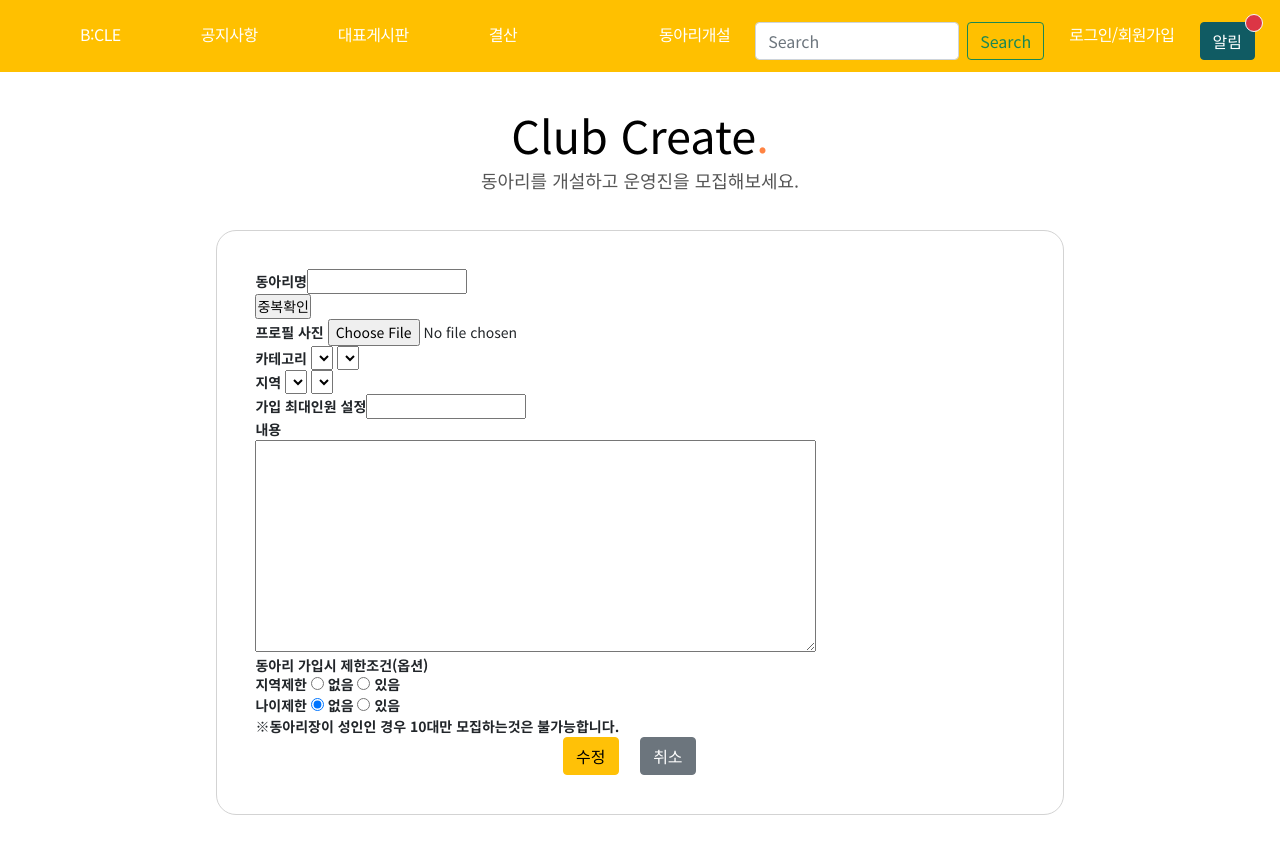
Repository: CHAEYUN7074/SpringProject
Page: http://localhost/viewpages/WEB-INF/view/PreClubUpdateForm.jsp
An editor plug-in stored every save of this project. The page is shown before and after the next save, followed by the edit.
The browser window is 1280 px wide. The pictures show the whole page.
Some web fonts or font styles are not loaded; a fallback is used. The page is served by Tomcat 9. Nobody is signed in. Other server files are loaded and not shown. The template is opened directly, without the code that normally fills it, so the values that code supplies are empty.

Above is the page before, as saved 2021-12-27 14:24:51.

### viewpages/WebContent/WEB-INF/view/PreClubUpdateForm.jsp
<%@ page contentType="text/html; charset=UTF-8"%>
<%@ taglib prefix="c" uri="http://java.sun.com/jsp/jstl/core"%>
<%
   request.setCharacterEncoding("UTF-8");
String cp = request.getContextPath();
%>
<!DOCTYPE html>
<html>
<head>
<meta charset="UTF-8">
<title>PreClubUpdateForm.jsp</title>
<link rel="stylesheet" href="css/mainpage.css">
<style type="text/css">
@import
   url('https://fonts.googleapis.com/css?family=Exo+2|Noto+Sans+KR&display=swap')
   ;

.list-title{margin-top : 5vh;}

#contents {
   margin : 5vh 30vh 5vh 30vh;
   padding : 3%;
   border : 1px solid lightgray;
   border-radius : 20px;
   font-family: 'Noto Sans KR', sans-serif;
   font-weight:bold;
}

.button_set {display : flex; margin-left : 40%;}
.button_set button {margin-right : 3vh;}



</style>


<script type="text/javascript" src="http://code.jquery.com/jquery.min.js"></script>
<script type="text/javascript" src="<%=cp%>/js/jquery-ui.js"></script>
<script type="text/javascript" src="<%=cp%>/js/ajax.js"></script>
<script type="text/javascript">

   $(document).ready(function()
   {
      //카테고리 대분류(category_L_Id)가 변경되었을 경우 수행해야 할 코드 처리
      $("#category_L_Id").change(function()
      {
         //lert($("#category_L_Id").val());

         // Ajax 요청 및 응답 처리
         $.ajax(
         {
            type : "POST"
            ,url : "ajaxcategory.action"
            ,data : {category_L_Id : $("#category_L_Id").val()}
            ,dataType : "json" //{key : vlaue}
            ,success : function(result)
            {
               $("#category_S_Id").children().remove();
               $("#category_S_Id").append("<option value=\"\">선택</option>");

               for(var i=0; i<result.length; i++)
               {
                  $("#category_S_Id").append("<option value=\""+result[i].category_s_id+"\">"+result[i].s_cat+"</option>");
               }
            }
            ,error : function(e)
            {
               alert(e.responseText);
            }
         });
      });

      $("#region_L_Id").change(function()
      {
         //alert('변경');
         //alert($("#region_L_Id").val());

         var category_s_id = '${preopen.category_s_id}';

         $.ajax(
         {
            type : "POST"
            ,url : "ajaxregion.action"
            ,data : {region_L_Id : $("#region_L_Id").val()}
            ,dataType : "json"
            ,success : function(result)
            {
               //alert(result);
               $("#region_S_Id").children().remove();
               $("#region_S_Id").append("<option value=\"\">선택</option>");

               for(var i=0; i<result.length; i++)
               {
                  $("#region_S_Id").append("<option value=\""+result[i].region_s_id+"\">"+result[i].local+"</option>");
               }
            }
            ,error : function(e)
            {
               alert(e.responseText);
            }

          });

      });

   });
      //동아리명 중복 검사

    $(document).ready(function()
   {

      $('.title').focusout(function()  //focusout
      {
         let userTitle = $('.title').val();

         $.ajax({
            url : "checktitle.action" // ①컨트롤러로~
            , type : "POST"
            , data : {userTitle : userTitle}
            , dataType : "json"
            , success : function(result) //Check title에서 여기로 왔다.
            {
               if(result.title == 0){
                  $("#checkTitle").html('이미 동일한 이름의 동아리가 존재합니다.');
                  $("#checkTitle").css('color', 'red');
                  $('#title').val(''); //중복된 내용삭제

               }
               else
               {

                  $("#checkTitle").html('사용할 수 있는 동아리 이름입니다.');
                  $("#checkTitle").css('color', 'green');
               }
            }
            , error : function(e)
            {
               alert(e.responseText); //에러사항 보여주기
            }
         })
      })
   });



 //각 상황별 alert 창 → required로 했는데 클리어하지가 않아서, 각 상황에 맞게 알림창을 띄우기로했다.
   $(document).ready(function()
   {
      $("#submitBtn").click(function()
      {
          if ($.trim($("#title").val()).length == 0)
         {
            alert("동아리명을 입력하세요.");
            $("#title").focus();
            return;
         }

         if ($("#category_L_Id").val() == "")
         {
            alert("카테고리를 선택해주세요");
            $("#category_L_Id").focus();
            return;
         }
         if ($("#category_S_Id").val()== "")
         {
            alert("카테고리를 선택해주세요");
            $("#category_S_Id").focus();
            return;
         }
         if ($("#region_L_Id").val()== "")
         {
            alert("지역을 선택해주세요");
            $("#region_L_Id").focus();
            return;
         }
         if ($("#region_S_ID").val()== "")
         {
            alert("지역을 선택해주세요");
            $("#region_S_ID").focus();
            return;
         }
         if ($("#max").val().length == 0)
         {
            alert("최대 인원을 입력하세요");
            $("#max").focus();
            return;
         }

          if ($("#content").val().length == 0) // 내용 입력하라는 에러 , div id가 content여서
          {
             alert("내용을 입력하세요");
             $("#content").focus();
             return;
          }

         $("#updateForm").submit();
      });
   });

</script>


</head>
<body>

   <div class="wrap">
      <!-- 네브 영역 -->
      <div>
         <c:import url="nav.jsp"></c:import>
      </div>
     <!--
     HttpSession session = request.getSession();
     session.setAttribute("id", id);
       -->
      <!-- 콘텐츠 영역 -->

         <section class="list-title">
         <div class="title">
            <h2>Club Create<span>.</span></h2>
            <p>동아리를 개설하고 운영진을 모집해보세요.</p>
         </div>
      </section>

      <div id="contents">
         <div>
            <form action="preclubupdate.action" method="post" id="updateForm" enctype="multipart/form-data">
               <div>
                  <input type="text" name="cid" value="${preopen.cid}" style="display: none;"> <!-- cid 안보이게 삽입 -->
                  <p>
                  동아리명<input type="text" name="title" id="title" class="title" maxlength='20'  value="${preopen.title }">
                  </p>
                  <input type="button" value="중복확인" id="check">
                  <span id="checkTitle" style="font-size: small;"></span><br>

                  프로필 사진
                  <input type="file" name="url" id="url" value="${preopen.url }">
                  <p>
                  <!--
                     동아리장<input type="text" name="nickname" id="nickname"
                        placeholder="로그인 상태인 사람 여기에 자동 닉네임 뿌려주기" disabled="disabled">
                     개설예정일<input
                        type="text" name="preopendate" id="preopendate"
                        placeholder="자동입력" disabled="disabled">
                         -->
                  </p>
                  <div>
                     카테고리
                     <select id="category_L_Id" name="category_L_Id">
                        <c:forEach var="category" items="${categoryLList }">
                            <option value="${category.category_l_id}"
                            ${preopen.category_l_id == category.category_l_id ? "selected=\"selected\"" : "" }
                             >${category.l_cat}</option>
                        </c:forEach>
                     </select>
                     <select id="category_S_Id" name="category_S_Id">
                        <option value="${preopen.category_s_id}" selected="selected">${preopen.s_cat}</option>
                     </select>
                  </div>


                  <div>

                     지역
                     <select id="region_L_Id" name="region_L_Id">
                        <c:forEach var="region" items="${regionLList }">
                            <option value="${region.region_l_id}"
                            ${preopen.region_l_id == region.region_l_id ? "selected=\"selected\"" : "" }
                             >${region.city}</option>
                        </c:forEach>
                     </select>
                     <select id="region_S_Id" name="region_S_Id">
                        <option value="${preopen.region_s_id}" selected="selected">${preopen.local}</option>
                     </select>
                  </div>

                  <p>
                     가입 최대인원 설정<input type="text" id="max" name="max"  value="${preopen.max}">
                  </p>
                  <div>
                     <p>내용</p>
                     <textarea rows="10" cols="70" id="content" name="content" maxlength='100'>${preopen.content}</textarea>
                  </div>
                  <div>
                     <%-- <c:import url="beePicCreated.jsp"></c:import> --%>
                  </div>

                  <div>
                     <h5>동아리 가입시 제한조건(옵션)</h5>

                     <div>
                        지역제한
                        <input type="radio" name="regionlimit" value="X" id="regionlimitX"
                        ${preopen.limit_id == 'X' ? "checked=\"checked\"" : "" }>
                        <label for="regionlimitX">없음</label>
                        <input type="radio" name="regionlimit" id="regionlimitO" value="O"
                        ${preopen.limit_id == 'O' ? "checked=\"checked\"" : "" } >
                        <label for="regionlimitO">있음</label>
                        <br>
                        나이제한
                        <input type="radio" name="agelimit" id="agelimitX" value="X" checked="checked">
                        <label for="agelimitX">없음</label>
                        <input type="radio" name="agelimit" id="agelimitO"  value="O">
                        <label for="agelimitO">있음</label>
                        <br>※동아리장이 성인인 경우 10대만 모집하는것은 불가능합니다.
                     </div>

                      <div class ="button_set">
                        <button type="button" class="btn btn-warning" id="submitBtn">수정</button>
                        <button type="button" class="btn btn-secondary"  id="cancleBtn" onclick="location.href='mainpage.action'">취소</button>
                     </div>

                  </div>

               </div>
            </form>
         </div>
      </div>

   </div>




</body>
<script type="text/javascript">


</script>
</html>

### viewpages/WebContent/WEB-INF/view/nav.jsp
<%@ page contentType="text/html; charset=UTF-8"%>
<%@ taglib prefix="c" uri="http://java.sun.com/jsp/jstl/core"%>
<%
   request.setCharacterEncoding("UTF-8");
String cp = request.getContextPath();
%>
<!DOCTYPE html>
<html lang="ko">
<head>
<meta charset="UTF-8">
<meta name="viewport" content="width=device-width, initial-scale=1">
<title>B:CLE</title>
<!-- <link rel="stylesheet" href="css/main.css"> -->
<link rel="stylesheet" href="css/font-awesome.min.css">
<link
   href="https://cdn.jsdelivr.net/npm/bootstrap@5.1.3/dist/css/bootstrap.min.css"
   rel="stylesheet"
   integrity="sha384-1BmE4kWBq78iYhFldvKuhfTAU6auU8tT94WrHftjDbrCEXSU1oBoqyl2QvZ6jIW3"
   crossorigin="anonymous">

<style>
@import
   url('https://fonts.googleapis.com/css?family=Exo+2|Noto+Sans+KR&display=swap')
   ;
/*reset*/
* {
   margin: 0;
   padding: 0;
}
body {
   margin: 0;
}
h1, h2, h3, h4, h5, h6, p, ul, ol, li, dl, dt, dd {
   margin: 0;
   padding: 0;
}
h1, h2, h3, h4, h5, h6 {
   font-weight: 700;
   font-size: inherit;
}
a {
   color: inherit;
   text-decoration: inherit;
}
img {
   vertical-align: middle;
}
a img {
   border: none;
}
li {
   list-style: none;
}
address, em, i, ul {
   font-style: normal;
}
.mo {
   display: none;
}
body {
   font-family: 'Noto Sans KR', sans-serif;
   font-size: 14px;
}
header {
   font-family: 'Noto Sans KR', sans-serif;
   letter-spacing: -0.5px;
   background: rgb(255, 192, 0);
   color: white;
   height: 10vh;
   width: 100%;
   position: relative;
   margin-top: -20px;
}
.mainHeader {
   width: 100%;
   margin-top: 20px;
   box-sizing: border-box;
   vertical-align: center;
}
.mainHeader .gnbMo {
   display: none;
}
.mainHeader .gnb {
   float: left;
   margin-left: 80px;
   margin-top: 3vh;
}
.mainHeader .gnb li {
   float: left;
   margin-right: 80px;
}
.mainHeader .gnb li a {
   display: block;
   width: 100%;
   text-align: center;
   color: #fff;
   font-size: 16px;
   text-decoration-line: none;
}
.mainHeader .gnb li a:hover, .mainHeader .gnb li a:focus {
   color: #ff8342;
}
.mainHeader .tnb {
   float: right;
   margin-top: 3vh;
}
.mainHeader .tnb li {
   float: left;
   margin-right: 25px;
}
.mainHeader .tnb li a {
   display: block;
   width: 100%;
   text-align: center;
   font-size: 16px;
   color: #fff;
   text-decoration-line: none;
}
.mainHeader .tnb li:nth-child(1) a i, .mainHeader .tnb li:nth-child(2) a i
   {
   font-size: 20px;
   margin-right: 8px;
}
.mainHeader .tnb li:last-child a {
   display: block;
   width: 105px;
   line-height: 2;
   border: 1px solid #fff;
   border-radius: 30px;
   margin-top: 35px;
}
.mainHeader .tnb li:last-child a i {
   margin-left: 5px;
}
.mainHeader .tnb li:last-child a:hover {
   background: #fff;
   color: #ff8342;
   transition: all 0.3s;
}
.btn-primary {
    color: #fff;
    background-color: #105b63;
    border-color: #105b63;
}


.box {
    width: 30px;
    height: 30px;
    border-radius: 70%;
    overflow: hidden;
}
.profile {
    width: 100%;
    height: 100%;
    object-fit: cover;
}

</style>


</head>
<body>

   <c:choose>
      <c:when test="${!empty id }">
         <header>
            <div class="mainHeader">
               <nav class="gnb">
                  <ul>
                     <li><a href="mainpage.action">B:CLE</a></li>
                     <li><a href="mainnoticelist.action">공지사항</a></li>
                     <li><a href="mainfreeboardlist.action">대표게시판</a></li>
                     <li><a href="mainaccount.action">결산</a></li>
                  </ul>
               </nav>
               <nav class="tnb">
                  <ul>

                     <li><a href="clubinsertform.action">동아리개설</a></li>

                     <li>
                        <form class="d-flex">
                           <input class="form-control me-2" type="search"
                              placeholder="Search" aria-label="Search">
                           <button class="btn btn-outline-success" type="submit">Search</button>
                        </form>
                     </li>



                     <!-- 값을 넘겨보려 시도했는데 실패...ㅠ 다시 해볼게요 - 현정 -->
                     <li><a href="#">마이페이지</a></li>
                     <li><a href="logout.action"></i>로그아웃</a></li>
                         <li><button type="button"
                              class="btn btn-primary position-relative">
                              알림 <span
                                 class="position-absolute top-0 start-100 translate-middle p-2 bg-danger border border-light rounded-circle">
                                 <span class="visually-hidden">New alerts</span>
                              </span>
                             </button></li>
                  </ul>
               </nav>
               <nav class="gnbMo">
                  <a href="#"><i class="fa fa-bars" aria-hidden="true"></i></a>
               </nav>
            </div>
         </header>
      </c:when>
      <c:otherwise>
         <header>
            <div class="mainHeader">
               <nav class="gnb">
                  <ul>
                     <li><a href="mainpage.action">B:CLE</a></li>
                     <li><a href="mainnoticelist.action">공지사항</a></li>
                     <li><a href="mainfreeboardlist.action">대표게시판</a></li>
                     <li><a href="mainaccount.action">결산</a></li>
                  </ul>
               </nav>
               <nav class="tnb">
                  <ul>

                     <li><a href="#">동아리개설</a></li>

                     <li>
                        <form class="d-flex">
                           <input class="form-control me-2" type="search"
                              placeholder="Search" aria-label="Search">
                           <button class="btn btn-outline-success" type="submit">Search</button>
                        </form>
                     </li>




                     <li><a href="loginpage.action"></i>로그인/회원가입</a></li>
                     <li><button type="button"
                           class="btn btn-primary position-relative">
                           알림 <span
                              class="position-absolute top-0 start-100 translate-middle p-2 bg-danger border border-light rounded-circle">
                              <span class="visually-hidden">New alerts</span>
                           </span>
                        </button></li>
                  </ul>
               </nav>
               <nav class="gnbMo">
                  <a href="#"><i class="fa fa-bars" aria-hidden="true"></i></a>
               </nav>
            </div>
         </header>
      </c:otherwise>
   </c:choose>
   <!--header-->




</body>
</html>

<!-- 검색부분에 쓸 부트스트랩 -->
<!--       <form class="d-flex">
        <input class="form-control me-2" type="search" placeholder="Search" aria-label="Search">
        <button class="btn btn-outline-success" type="submit">Search</button>
      </form> -->

Loaded but not shown: viewpages/WebContent/js/jquery-ui.js (library); viewpages/WebContent/js/ajax.js (47 lines, source omitted); viewpages/WebContent/css/mainpage.css (112 lines, source omitted)

After the next save:
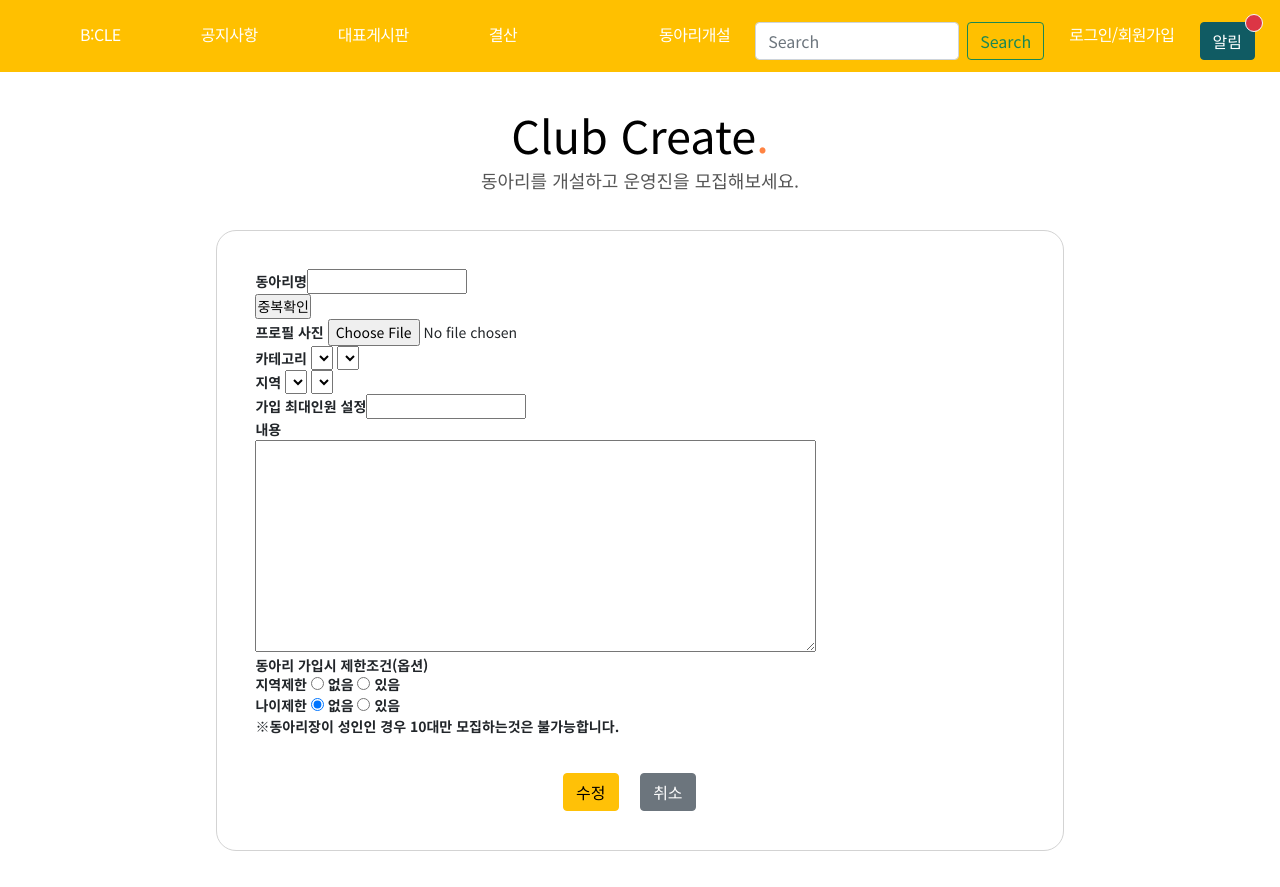
Saved 19 s later.
--- a/viewpages/WebContent/WEB-INF/view/PreClubUpdateForm.jsp
+++ b/viewpages/WebContent/WEB-INF/view/PreClubUpdateForm.jsp
@@ -26,7 +26,7 @@ String cp = request.getContextPath();
    font-weight:bold;
 }
 
-.button_set {display : flex; margin-left : 40%;}
+.button_set {display : flex; margin-left : 40%; margin-top : 5vh;}
 .button_set button {margin-right : 3vh;}
 
 
